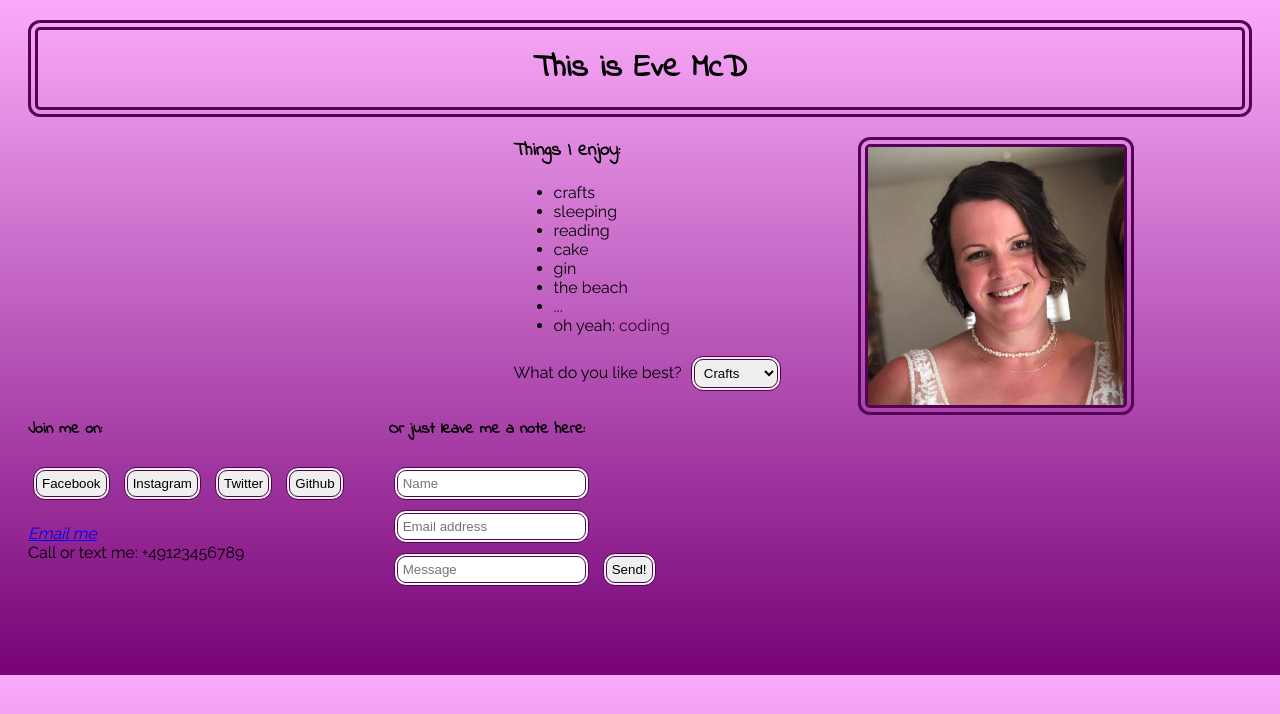
Repository: evemcd/Strive-Ignite-W1
Page: index.html
These files come from the project's save history. The page is drawn as it stood at one moment and after the next save; the edit follows.
The browser window is 1280 px wide. The pictures show the whole page.

Above is the page before, as saved 2021-01-17 22:34:22.

After the next save:
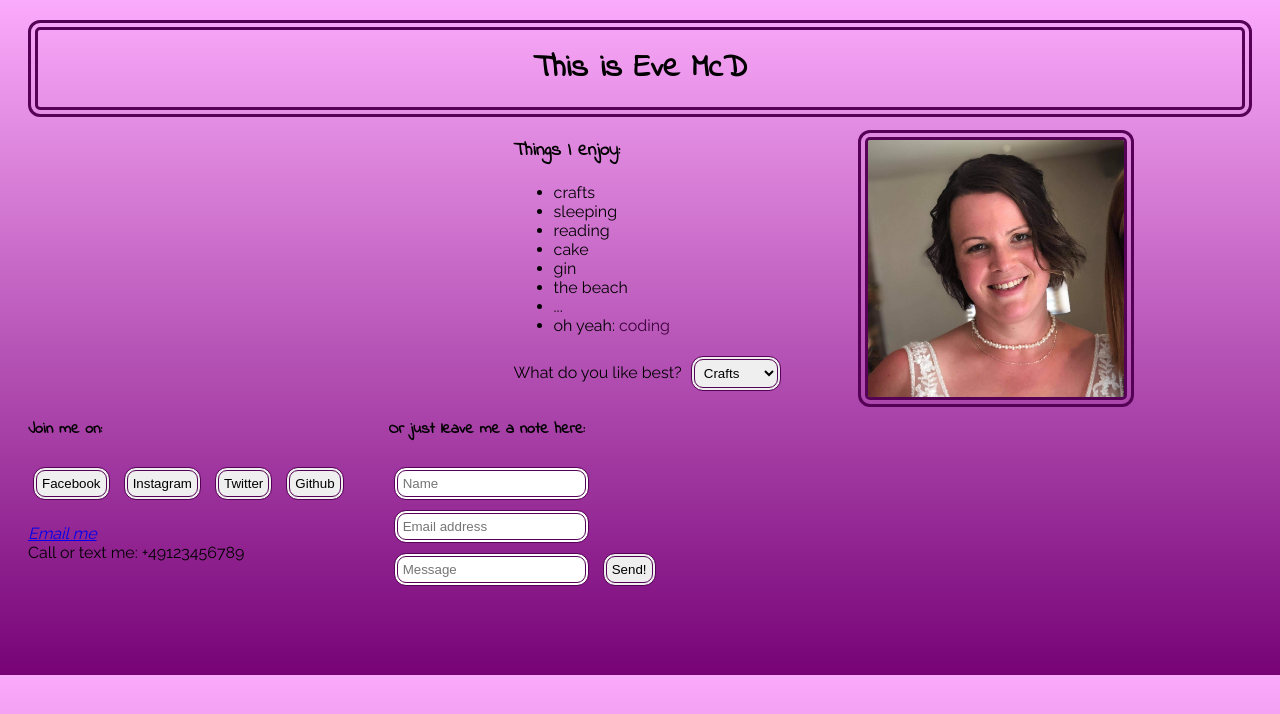
Saved 9 s later.
--- a/styles.css
+++ b/styles.css
@@ -68,7 +68,7 @@ h6 {
 .header-image {
     width: 20%;
     position: absolute;
-    top: 18;
+    top: 18%;
     left: 67%;
     border: 10px double rgb(85, 1, 85);
     border-radius: 12px;
